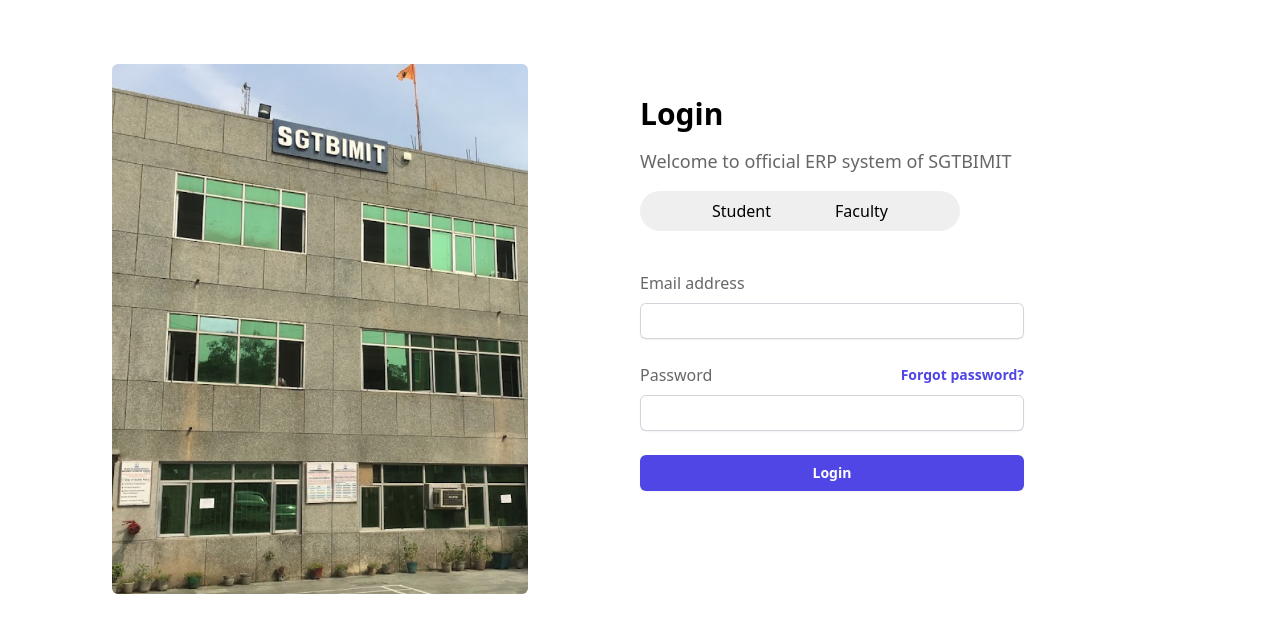
Repository: SehajBindra/SGTBIMIT-ERP-Client
Page: /StudentLogin
An editor plug-in stored every save of this project. The page is shown before and after the next save, followed by the edit.
The browser window is 1280 px wide. The pictures show the whole page.
The project was rebuilt for these pictures with package versions that can differ from the ones it lists, and the page was loaded fresh each time. Also part of the build but not shown: src/LOGIN/Login.js, src/LOGIN/FACULTY/FacultyLogin.js, src/STUDENT_PAGE/StuBody.js, src/STUDENT_PAGE/StuSidebar.js, src/STUDENT_PAGE/StuHeader.js, src/STUDENT_PAGE/StudentHome.js, src/FACULTY_PAGE/FacBody.js, src/FACULTY_PAGE/FacHeader.js and 2 more.

Above is the page before, as saved 2023-05-14 16:05:39.

### src/App.js
import React from 'react';
import { BrowserRouter as Router, Routes, Route } from "react-router-dom";
import './App.css';
import Login from './LOGIN/Login';
import StudentLogin from './LOGIN/STUDENT/StudentLogin';
import FacultyLogin from './LOGIN/FACULTY/FacultyLogin';
import StuBody from './STUDENT_PAGE/StuBody';
import StudentHome from './STUDENT_PAGE/StudentHome';
import StuSidebar from './STUDENT_PAGE/StuSidebar';
import StuHeader from './STUDENT_PAGE/StuHeader';
import FacBody from './FACULTY_PAGE/FacBody';
import FacHeader from './FACULTY_PAGE/FacHeader';
import FacSidebar from './FACULTY_PAGE/FacSidebar';
import FacultyHome from './FACULTY_PAGE/FacultyHome';
function App() {
  return (
    <div className="App">
      <Router>
        <Routes>
        <Route exact path="/" element={<Login />}></Route>
        <Route exact path="StudentLogin" element={<StudentLogin/>}></Route>
        <Route exact path="FacultyLogin" element={<FacultyLogin/>}></Route>
        <Route exact path="StuBody" element={<StuBody/>}></Route>
        <Route exact path="StuSidebar" element={<StuSidebar/>}></Route>
        <Route exact path="StuHeader" element={<StuHeader/>}></Route>
        <Route exact path="StudentHome" element={<StudentHome/>}></Route>
        <Route exact path="FacBody" element={<FacBody/>}></Route>
        <Route exact path="FacHeader" element={<FacHeader/>}></Route>
        <Route exact path="FacSidebar" element={<FacSidebar/>}></Route>
        <Route exact path="FacultyHome" element={<FacultyHome/>}></Route>
        </Routes>
      </Router>
    </div>
  );
}

export default App;

### src/LOGIN/STUDENT/StudentLogin.js
import React, { useEffect, useState } from "react";
import VisibilityIcon from "@mui/icons-material/Visibility";
import VisibilityOffIcon from "@mui/icons-material/VisibilityOff";

const StudentLogin = () => {
  const [translate, setTranslate] = useState(false);
  const [username, setUsername] = useState("");
  const [password, setPassword] = useState("");
  const [showPassword, setShowPassword] = useState(false);
  const [loading] = useState(false);

  useEffect(() => {
    setTimeout(() => {
      setTranslate(true);
    }, 1000);
  }, []);

  return (
    <div className=" grid grid-cols-4 h-[530px] my-16 mx-auto max-w-7xl ">
      <div className=" col-span-2">
        <img
          className="hidden md:inline h-[530px] object-cover rounded-md"
          src="/sgtb.jpg"
          alt="banner_image"
        />
      </div>

      <div className="bg-white text-left   col-span-2 my-8">
        <h2 className="text-3xl  font-semibold">Login</h2>
        <p className="text-black/60 text-[18px] my-4">
          Welcome to official ERP system of SGTBIMIT
        </p>

        <div
          className="flex  flex-row items-center  justify-center h-10 text-[#
            1B449C] bg-[#EEEE] max-w-xs  space-x-16 capitalize text-[16px] rounded-[32px]"
        >
          <p>student</p>
          <p className="">faculty</p>
        </div>

        <div>
          <div className="mt-10 text-[16px]  sm:w-full sm:max-w-sm">
            <form className="space-y-6" action="#" method="POST">
              <div>
                <label className="block text-left  font-normal leading-6 text-black/60">
                  Email address
                </label>
                <div className="mt-2">
                  <input
                    id="email"
                    name="email"
                    type="email"
                    autoComplete="email"
                    required
                    className="block w-full rounded-md border-0 py-1.5 text-gray-900 shadow-sm ring-1 ring-inset ring-gray-300 placeholder:text-gray-400 focus:ring-2 focus:ring-inset focus:ring-indigo-600 sm:text-sm sm:leading-6"
                  />
                </div>
              </div>

              <div>
                <div className="flex items-center justify-between">
                  <label
                    htmlFor="password"
                    className="block  font-normal leading-6 text-black/60"
                  >
                    Password
                  </label>
                  <div className="text-sm">
                    <a
                      href="#"
                      className="font-semibold text-indigo-600 hover:text-indigo-500"
                    >
                      Forgot password?
                    </a>
                  </div>
                </div>
                <div className="mt-2">
                  <input
                    id="password"
                    name="password"
                    type="password"
                    autoComplete="current-password"
                    required
                    className="block w-full rounded-md border-0 py-1.5 text-gray-900 shadow-sm ring-1 ring-inset ring-gray-300 placeholder:text-gray-400 focus:ring-2 focus:ring-inset focus:ring-indigo-600 sm:text-sm sm:leading-6"
                  />
                </div>
              </div>

              <div>
                <button
                  type="submit"
                  className="flex w-full justify-center rounded-md bg-indigo-600 px-3 py-1.5 text-sm font-semibold leading-6 text-white shadow-sm hover:bg-indigo-500 focus-visible:outline focus-visible:outline-2 focus-visible:outline-offset-2 focus-visible:outline-indigo-600"
                >
                  Login
                </button>
              </div>
            </form>
          </div>
        </div>
      </div>
    </div>
  );
};

export default StudentLogin;

### src/LOGIN/Login.css
*{
    margin: 0;
    padding: 0;
}
.display{
    min-height: 100vh;
    width: 100%;
    background-image: url("back.jpg");
    background-repeat: no-repeat;
    background-size: cover;
    background-position: center;
    position: relative;

}

Loaded but not shown: public/index.html (common file); src/index.js (common file); src/index.css (common file); src/App.css (common file); tailwind.config.js (common file)

After the next save:
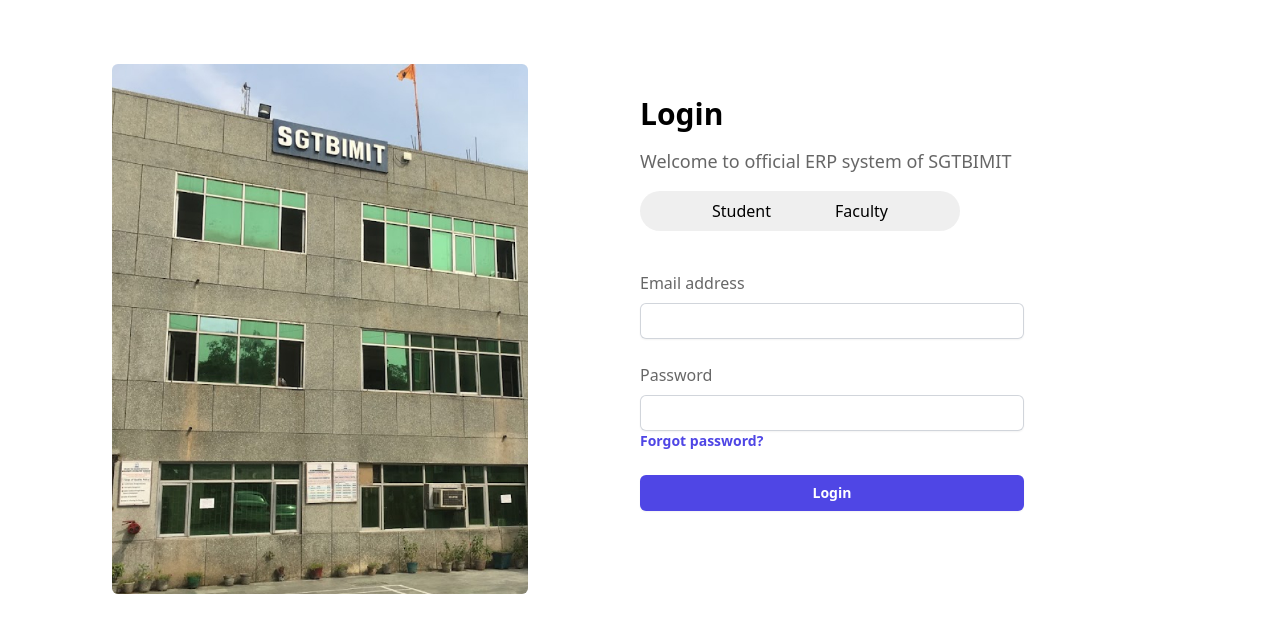
Saved 50 s later.
--- a/src/LOGIN/STUDENT/StudentLogin.js
+++ b/src/LOGIN/STUDENT/StudentLogin.js
@@ -66,14 +66,6 @@
                   >
                     Password
                   </label>
-                  <div className="text-sm">
-                    <a
-                      href="#"
-                      className="font-semibold text-indigo-600 hover:text-indigo-500"
-                    >
-                      Forgot password?
-                    </a>
-                  </div>
                 </div>
                 <div className="mt-2">
                   <input
@@ -84,6 +76,14 @@
                     required
                     className="block w-full rounded-md border-0 py-1.5 text-gray-900 shadow-sm ring-1 ring-inset ring-gray-300 placeholder:text-gray-400 focus:ring-2 focus:ring-inset focus:ring-indigo-600 sm:text-sm sm:leading-6"
                   />
+                </div>
+                <div className="text-sm">
+                  <a
+                    href="#"
+                    className="font-semibold text-indigo-600 hover:text-indigo-500"
+                  >
+                    Forgot password?
+                  </a>
                 </div>
               </div>
 
